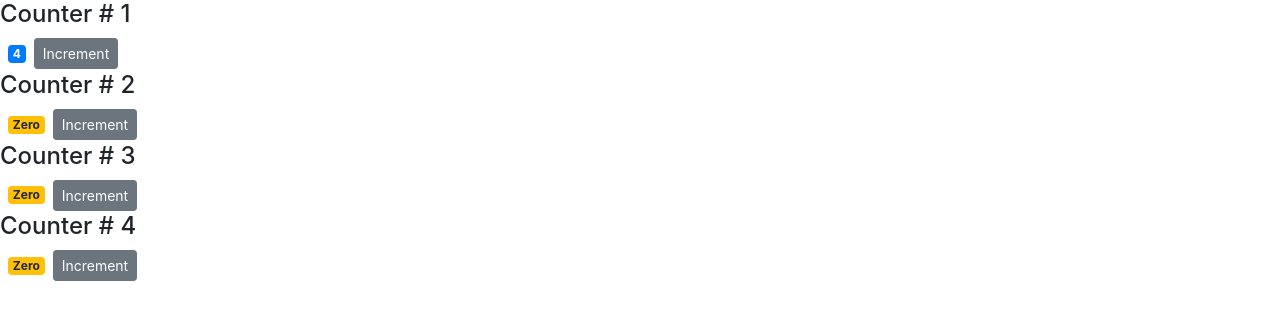
Repository: smk87/First-React-App
Page: /
The author's editor kept a copy of each file at every save. The page is drawn from the files as they stood at one save, then again after the next save.
The browser window is 1280 px wide. The pictures show the whole page.
The project was rebuilt for these pictures with package versions that can differ from the ones it lists, and the page was loaded fresh each time. Also part of the build but not shown: src/App.css, src/App.js.

Above is the page before, as saved 2019-01-05 14:05:38.

### public/index.html
<!DOCTYPE html>
<html lang="en">
  <head>
    <meta charset="utf-8" />
    <link rel="shortcut icon" href="%PUBLIC_URL%/favicon.ico" />
    <meta
      name="viewport"
      content="width=device-width, initial-scale=1, shrink-to-fit=no"
    />
    <meta name="theme-color" content="#000000" />
    <!--
      manifest.json provides metadata used when your web app is added to the
      homescreen on Android. See https://developers.google.com/web/fundamentals/web-app-manifest/
    -->
    <link rel="manifest" href="%PUBLIC_URL%/manifest.json" />
    <!--
      Notice the use of %PUBLIC_URL% in the tags above.
      It will be replaced with the URL of the `public` folder during the build.
      Only files inside the `public` folder can be referenced from the HTML.

      Unlike "/favicon.ico" or "favicon.ico", "%PUBLIC_URL%/favicon.ico" will
      work correctly both with client-side routing and a non-root public URL.
      Learn how to configure a non-root public URL by running `npm run build`.
    -->
    <title>Cart by React</title>
  </head>
  <body>
    <noscript>You need to enable JavaScript to run this app.</noscript>
    <div id="root"></div>
    <!--
      This HTML file is a template.
      If you open it directly in the browser, you will see an empty page.

      You can add webfonts, meta tags, or analytics to this file.
      The build step will place the bundled scripts into the <body> tag.

      To begin the development, run `npm start` or `yarn start`.
      To create a production bundle, use `npm run build` or `yarn build`.
    -->
  </body>
</html>

### src/index.js
import React from "react";
import ReactDOM from "react-dom";
import "./index.css";
import App from "./App";
import * as serviceWorker from "./serviceWorker";
import "bootstrap/dist/css/bootstrap.css";
import Counters from "./components/counters";

ReactDOM.render(<Counters />, document.getElementById("root"));

// If you want your app to work offline and load faster, you can change
// unregister() to register() below. Note this comes with some pitfalls.
// Learn more about service workers: http://bit.ly/CRA-PWA
serviceWorker.unregister();

### src/components/counters.jsx
import React, { Component } from "react";
import Counter from "./counter";

class Counters extends Component {
  state = {
    counters: [
      { id: 1, value: 4 },
      { id: 2, value: 0 },
      { id: 3, value: 0 },
      { id: 4, value: 0 }
    ]
  };
  render() {
    return (
      <div>
        {this.state.counters.map(counter => (
          <Counter key={counter.id} value={counter.value}>
            <h4>Counter # {counter.id}</h4>
          </Counter>
        ))}
      </div>
    );
  }
}

export default Counters;

### src/components/counter.jsx
import React, { Component } from "react";

class Counter extends Component {
  state = {
    value: this.props.value,
    tags: []
  };

  renderTags() {
    if (this.state.tags.length === 0) return <p>There are no tags!</p>;
    return (
      <ul>
        {this.state.tags.map(tag => (
          <li key={tag}>{tag}</li>
        ))}
      </ul>
    );
  }

  handleIncrement = product => {
    //console.log(product);
    this.setState({ value: this.state.value + 1 });
  };

  doHandleIncrement = () => {
    this.handleIncrement({ id: 1 });
  };

  render() {
    return (
      <div>
        {this.props.children}
        <span className={this.getBadgeClasses()}>{this.formatCount()}</span>
        <button
          onClick={() => this.handleIncrement({ id: 1 })}
          className="btn btn-secondary btn-sm"
        >
          Increment
        </button>
      </div>
    );
  }

  getBadgeClasses() {
    let classes = "badge m-2 badge-";
    classes += this.state.value === 0 ? "warning" : "primary";
    return classes;
  }

  formatCount() {
    const { value: count } = this.state;
    return count === 0 ? "Zero" : count;
  }
}

export default Counter;

Loaded but not shown: src/index.css (common file); src/serviceWorker.js (common file)

After the next save:
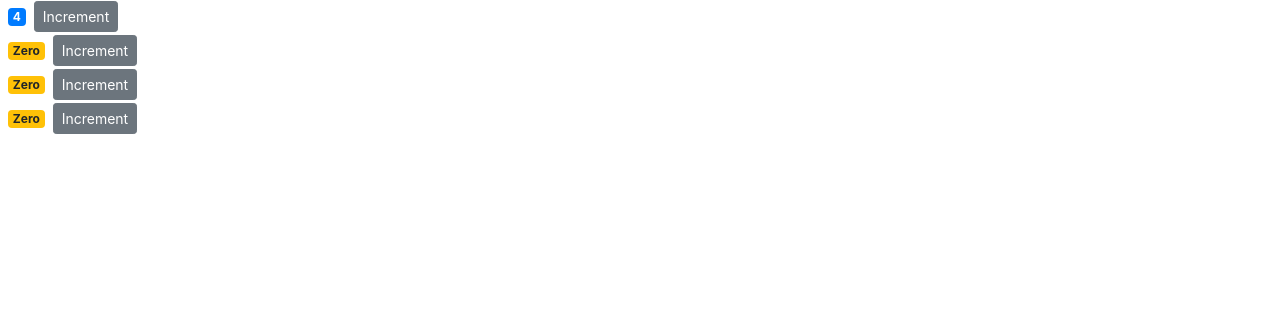
Saved 2 min 4 s later.
--- a/src/components/counters.jsx
+++ b/src/components/counters.jsx
@@ -14,9 +14,7 @@ class Counters extends Component {
     return (
       <div>
         {this.state.counters.map(counter => (
-          <Counter key={counter.id} value={counter.value}>
-            <h4>Counter # {counter.id}</h4>
-          </Counter>
+          <Counter key={counter.id} value={counter.value} id={counter.id} />
         ))}
       </div>
     );
